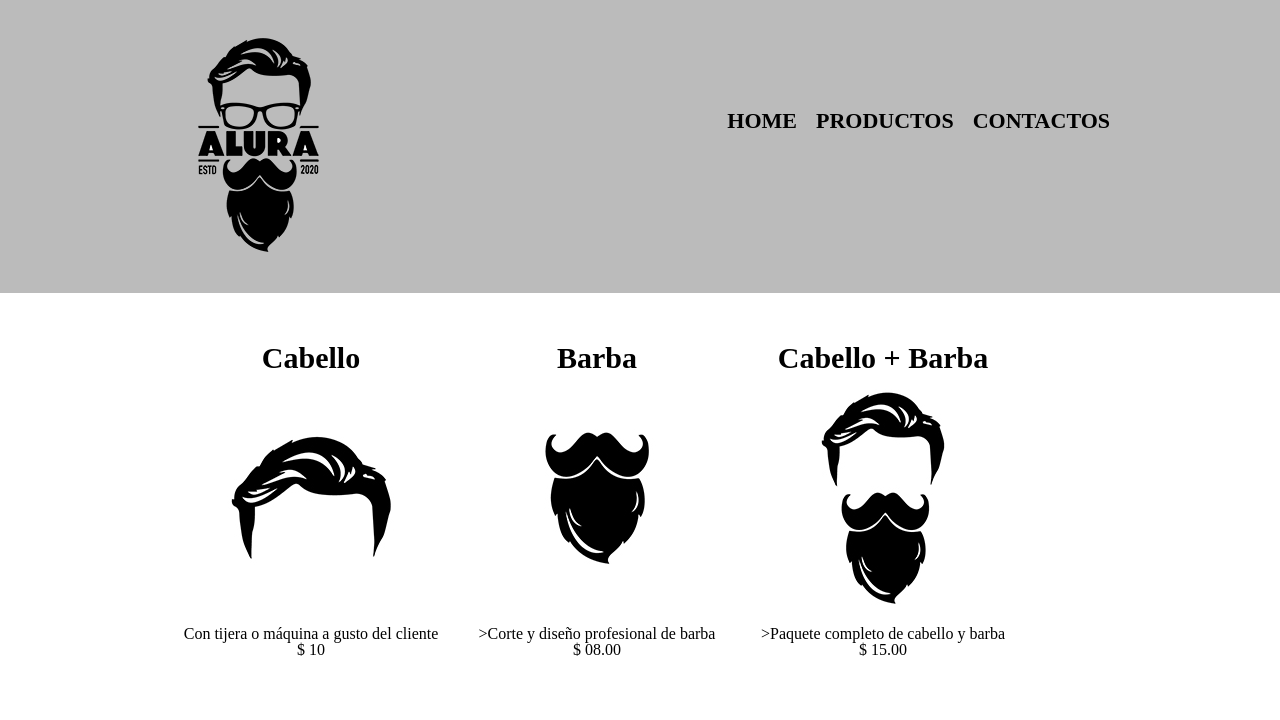
Repository: Ciromontes/Barber-a
Page: productos.html
The author's editor kept a copy of each file at every save. The page is drawn from the files as they stood at one save, then again after the next save.
The browser window is 1280 px wide. The pictures show the whole page.

Above is the page before, as saved 2022-12-23 20:22:35.

After the next save:
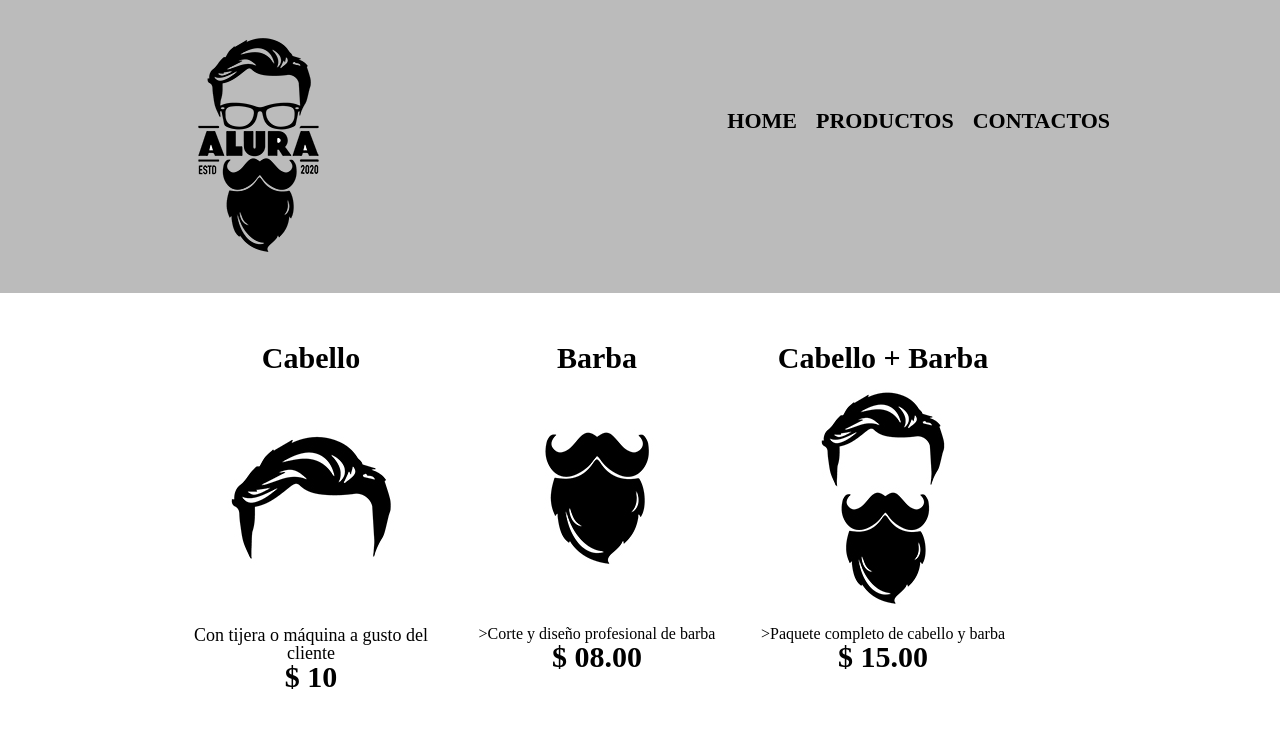
Saved 105 s later.
--- a/productos.css
+++ b/productos.css
@@ -48,3 +48,12 @@
     font-size: 30px;
     font-weight: bold;
 }
+
+.producto-descripcion{
+    font-size: 18px;
+
+}
+.producto-precio{
+    font-size: 30px;
+    font-weight: bold;
+}
